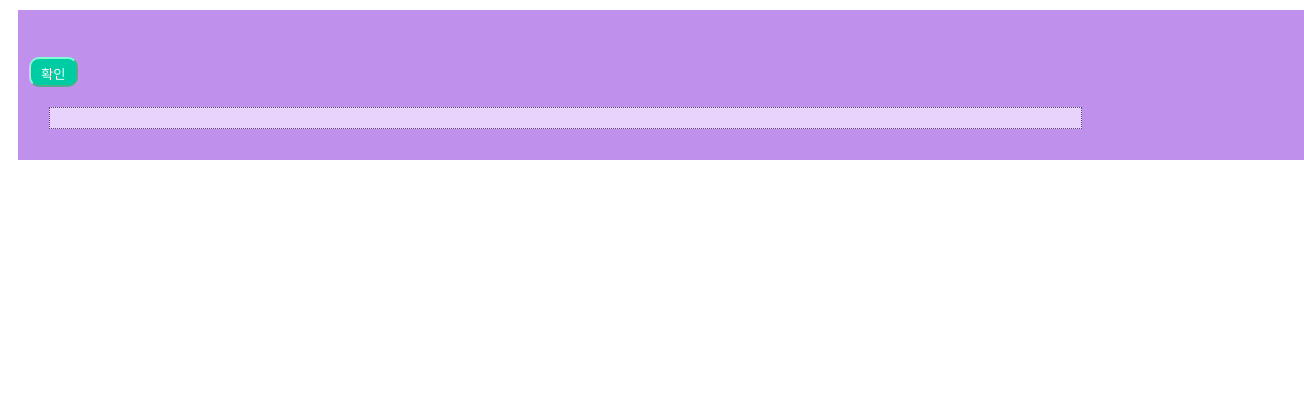
Repository: jinsoo115/jquery
Page: jqpro/WebContent/0203/lprod.html
An editor plug-in stored every save of this project. The page is shown before and after the next save, followed by the edit.
The browser window is 1280 px wide. The page is 1304 px wide, so the pictures cover 1304 px, including what lies to the right of the window. The pictures show the whole page.

Above is the page before, as saved 2021-02-03 02:13:20.

### jqpro/WebContent/0203/lprod.html
<!DOCTYPE html>
<html>

<head>
    <meta charset="UTF-8">
    <title>Insert title here</title>
    <link rel="stylesheet" href="../css/public.css">
    <script src="../js/jquery-3.5.1.min.js"></script>
    <style>
    	table{
    		border-collapse: collapse;
            border: 1px solid red;
            text-align: center;
    	}
        #f1{
            background: lightblue;
        }
        td {
            width: 100px;


        }

    </style>

    <script>
        $(function() {
            xhr = new XMLHttpRequest();
            $("input:button").on("click", function() {
                // 요청
                xhr.open("get", "lprod.jsp", true);
                xhr.send();

                // 응답
                xhr.onreadystatechange = function() {
                    if (this.readyState == 4 && this.status == 200) {
                        res = JSON.parse(this.responseText);


                        code = "<table border='1'>";
                        code += "<tr id='f1'><td>LPROD_ID</td><td>LPROP_GU</td><td>LPROD_NM</td></tr>";
                        $.each(res, function(i, v) {
                            code += `<tr><td>${v.id}</td><td>${v.gu}</td><td>${v.nm}</td></tr>`;
                        })
                        code += `</table>`;
                        $("#result1").html(code);
                    }
                }

            })
        })

    </script>

</head>

<body>

    <div class="box">

        <br><br>

        <input type="button" value="확인">

        <div id="result1"></div>
    </div>
</body>

</html>

### jqpro/WebContent/css/public.css
@charset "utf-8";
pre{
	background-color : #96FFFF;
	font-size : 1.5em;
    white-space: pre-wrap;

    /*
        pre : 공백은 그대로 줄바꿈이 되지 않는다
        pre-wrap : 공백은 그대로 줄바꿈 된다
        pre-line : 공백을 여러개 줘도 공백은 하나만 표시 줄바꿈된다.
        nowrap : 공백을 여러개 줘도 공백은 하나만 표시 줄바꿈되지 않는다.
    */
}

div.box{
    width: 100%;
    height: auto;
    margin: 10px;
    padding: 10px;
    border: 1px solid #bf91ed;
    background: #bf91ed;
}
.box input[type=button]{
    width: auto;
    height: 30px;
    color: white;
    padding: 5px 10px;
    border-radius: 10px;
    background: #00cca3;
    border-color: aquamarine;
}

.box div{
    width: 80%;
    height: auto;
    padding: 10px;
    border: 1.5px dotted #8020bf;
    margin: 20px;
    background-color: #e8d3fc;
}

Loaded but not shown: jqpro/WebContent/js/jquery-3.5.1.min.js (library)

After the next save:
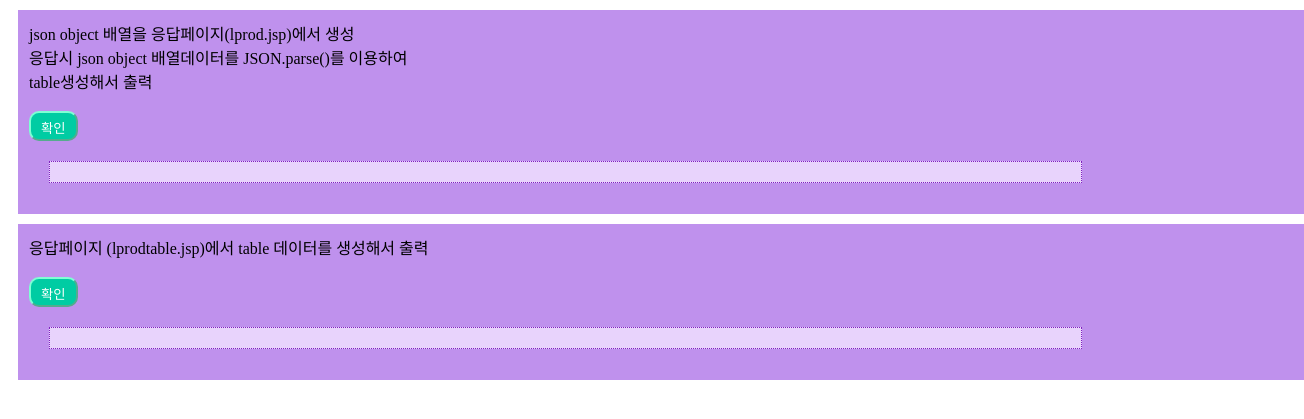
Saved 10 s later.
--- a/jqpro/WebContent/0203/lprod.html
+++ b/jqpro/WebContent/0203/lprod.html
@@ -17,8 +17,6 @@
         }
         td {
             width: 100px;
-
-
         }
 
     </style>
@@ -26,7 +24,7 @@
     <script>
         $(function() {
             xhr = new XMLHttpRequest();
-            $("input:button").on("click", function() {
+            $(".box1 input:button").on("click", function() {
                 // 요청
                 xhr.open("get", "lprod.jsp", true);
                 xhr.send();
@@ -48,6 +46,20 @@
                 }
 
             })
+            $(".box2 input:button").on("click",function(){
+                // 요청
+                xhr.open("get","lprodtable.jsp",true);
+                xhr.send();
+
+                // 응답
+                xhr.onreadystatechange = function(){
+                    if(this.readyState == 4 && this.status == 200){
+                        res = this.responseText;
+                    }
+
+                    $("#result2").html(res);
+                }
+            })
         })
 
     </script>
@@ -56,14 +68,25 @@
 
 <body>
 
-    <div class="box">
-
+    <div class="box box1">
+        json object 배열을 응답페이지(lprod.jsp)에서 생성<br>
+        응답시 json object 배열데이터를 JSON.parse()를 이용하여<br>
+        table생성해서 출력
         <br><br>
 
         <input type="button" value="확인">
 
         <div id="result1"></div>
     </div>
+
+    <div class="box box2">
+       응답페이지 (lprodtable.jsp)에서 table 데이터를 생성해서 출력
+        <br><br>
+
+        <input type="button" value="확인">
+
+        <div id="result2"></div>
+    </div>
 </body>
 
 </html>
